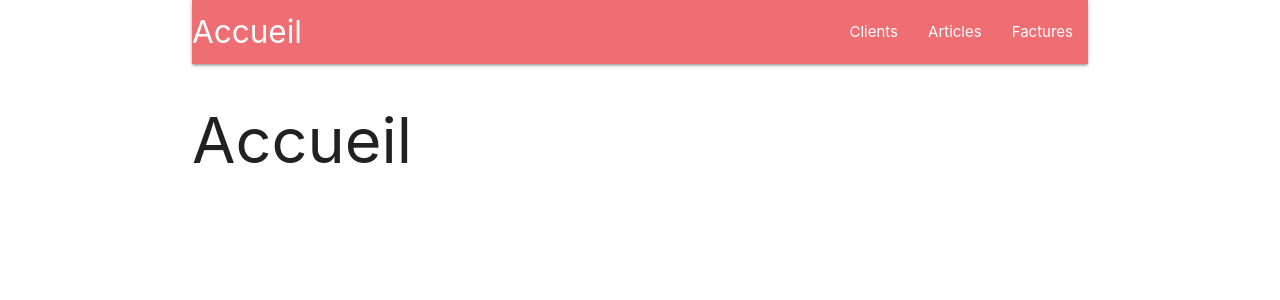
Repository: AqVScipio/JEE_NonEval
Page: http://localhost/Topaidi/home
The author's editor kept a copy of each file at every save. The page is drawn from the files as they stood at one save, then again after the next save.
The browser window is 1280 px wide. The pictures show the whole page.
The page is served by Tomcat 9. Other server files are loaded and not shown.

Above is the page before, as saved 2021-02-17 14:23:56.

### Topaidi/src/main/webapp/WEB-INF/webpages/home.jsp
<%@ page language="java" contentType="text/html; charset=ISO-8859-1"
    pageEncoding="ISO-8859-1"%>
<!DOCTYPE html>
<html>
<head>
<meta charset="ISO-8859-1">
<title>Bienvenue</title>
	<%@include file="commons/header.jsp" %>
</head>
<body>
<div class="container">
	<%@include file="commons/menu.jsp" %>

	<h1>Accueil</h1>
</div>
</body>
</html>

### Topaidi/src/main/webapp/WEB-INF/webpages/commons/header.jsp
<%@ page language="java" contentType="text/html; charset=ISO-8859-1"
    pageEncoding="ISO-8859-1"%>
<%@ taglib uri="http://java.sun.com/jsp/jstl/core" prefix="c" %>
<!DOCTYPE html>

<link rel="stylesheet" href="https://cdnjs.cloudflare.com/ajax/libs/materialize/1.0.0/css/materialize.min.css">

### Topaidi/src/main/webapp/WEB-INF/webpages/commons/menu.jsp
<%@ page language="java" contentType="text/html; charset=ISO-8859-1"
    pageEncoding="ISO-8859-1"%>
<!DOCTYPE html>
<html>
<head>
<meta charset="ISO-8859-1">
<title>Insert title here</title>
</head>
<body>
<nav>
    <div class="nav-wrapper">
      <a href="#" class="brand-logo">Accueil</a>
      <ul id="nav-mobile" class="right hide-on-med-and-down">
        <li><a href="clients?action=list">Clients</a></li>
        <li><a href="articles?action=list">Articles</a></li>
        <li><a href="factures?action=list">Factures</a></li>
      </ul>
    </div>
</nav>
</body>
</html>

### Topaidi/src/main/java/fr/epsi/controller/HomeServlet.java
package fr.epsi.controller;


import java.io.IOException;
import java.util.ArrayList;
import java.util.Date;
import java.util.List;

import javax.ejb.EJB;
import javax.servlet.ServletException;
import javax.servlet.annotation.WebServlet;
import javax.servlet.http.HttpServlet;
import javax.servlet.http.HttpServletRequest;
import javax.servlet.http.HttpServletResponse;

@WebServlet("/home")
public class HomeServlet extends HttpServlet{

	// A appeler au moins une fois pour l'initialisation des données en dur
	protected void doGet(HttpServletRequest req, HttpServletResponse resp)
	        throws ServletException, IOException
	    {
		   	this.getServletContext().getRequestDispatcher("/WEB-INF/webpages/home.jsp").forward(req, resp);
	    }
}

After the next save:
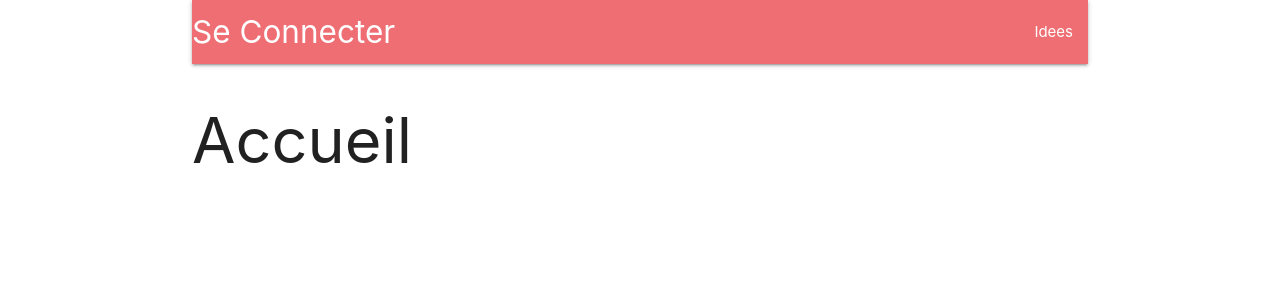
Saved 118 s later.
--- a/Topaidi/src/main/webapp/WEB-INF/webpages/commons/menu.jsp
+++ b/Topaidi/src/main/webapp/WEB-INF/webpages/commons/menu.jsp
@@ -9,11 +9,9 @@
 <body>
 <nav>
     <div class="nav-wrapper">
-      <a href="#" class="brand-logo">Accueil</a>
+      <a href="#" class="brand-logo">Se Connecter</a>
       <ul id="nav-mobile" class="right hide-on-med-and-down">
-        <li><a href="clients?action=list">Clients</a></li>
-        <li><a href="articles?action=list">Articles</a></li>
-        <li><a href="factures?action=list">Factures</a></li>
+        <li><a href="clients?action=list">Idees</a></li>
       </ul>
     </div>
 </nav>
